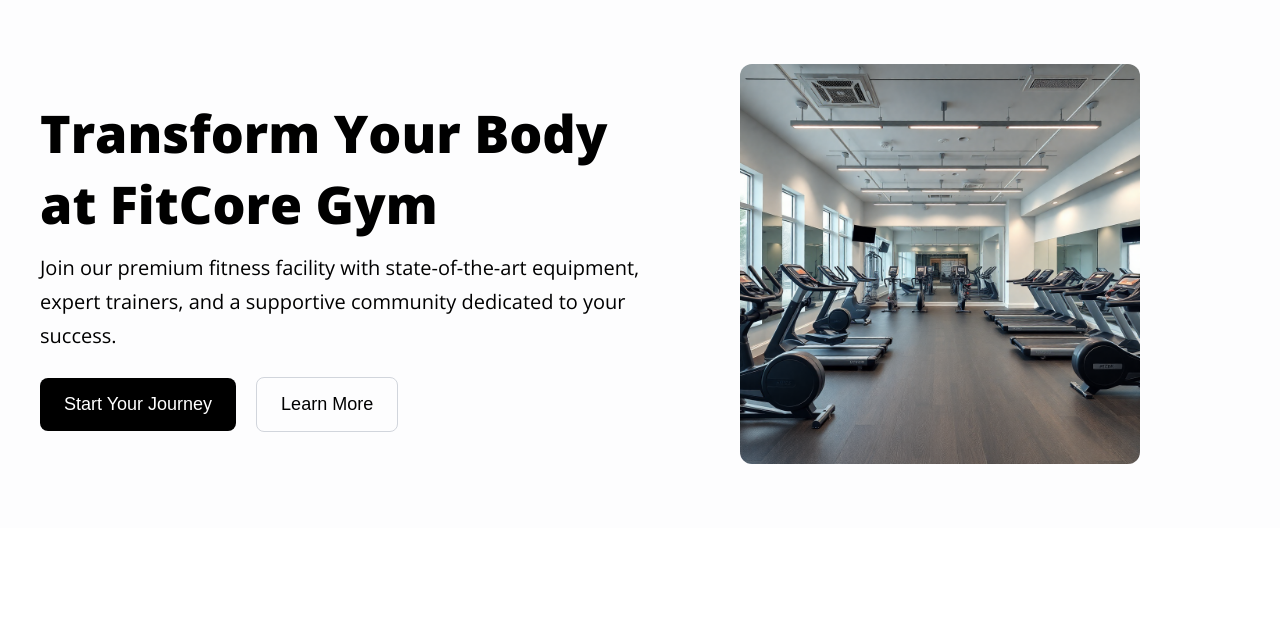
Repository: abdobadawi-ops/Route-Academy-Assignments
Page: Secon Assignment - fit-core-gym/index.html
An editor plug-in stored every save of this project. The page is shown before and after the next save, followed by the edit.
The browser window is 1280 px wide. The pictures show the whole page.

Above is the page before, as saved 2026-04-28 12:35:16.

### Secon Assignment - fit-core-gym/index.html
<!doctype html>
<html lang="en">
  <head>
    <meta charset="UTF-8" />
    <meta name="viewport" content="width=device-width, initial-scale=1.0" />
    <title>FitCore Gym | Assignment 2</title>
    <link rel="shortcut icon" href="./imgs/favicon.png" type="image/x-icon" />
    <link rel="preconnect" href="https://fonts.googleapis.com" />
    <link rel="preconnect" href="https://fonts.gstatic.com" crossorigin />
    <link
      href="https://fonts.googleapis.com/css2?family=Open+Sans:ital,wght@0,300..800;1,300..800&display=swap"
      rel="stylesheet"
    />
    <link rel="stylesheet" href="./style.css" />
  </head>
  <body>
    <header>
      <div class="container grid-2-cols">
        <div class="left">
          <h1>Transform Your Body at FitCore Gym</h1>
          <p>
            Join our premium fitness facility with state-of-the-art equipment,
            expert trainers, and a supportive community dedicated to your
            success.
          </p>
          <div class="buttons">
            <button class="btn btn--main">Start Your Journey</button>
            <button class="btn btn--alt">Learn More</button>
          </div>
        </div>
        <img src="./imgs/hero-section-img.png" alt="fitcore gym" />
      </div>
    </header>
  </body>
</html>

### Secon Assignment - fit-core-gym/style.css
:root {
  --main-color: #000;
  --section-color: oklch(98.5% 0.002 247.839);
}

* {
  box-sizing: border-box;
  margin: 0;
  padding: 0;
}

body {
  font-family: "Open Sans", sans-serif;
}

.container {
  width: 1200px;
  margin-inline: auto;
}

header {
  background-color: #fdfdfe;
  padding-block: 64px;
  & h1 {
    font-size: 52px;
    font-weight: 900;
  }

  p {
    font-size: 20px;
    line-height: 1.7;
    margin-top: 12px;
    margin-bottom: 24px;
  }

  .btn {
    background: none;
    border: none;
    font-size: 18px;
    color: #fff;
    padding: 16px 24px;
    border-radius: 8px;
    cursor: pointer;
  }

  .buttons {
    display: flex;
    align-items: center;
    gap: 20px;
  }

  .btn--main {
    background-color: var(--main-color);
  }

  .btn--alt {
    background-color: #fdfdfe;
    color: #000;
    border: 1px solid #d1d5dc;
  }

  img {
    width: 400px;
    justify-self: center;
    border-radius: 12px;
  }
}

.grid-2-cols {
  display: grid;
  grid-template-columns: repeat(2, 1fr);
  align-items: center;
}

After the next save:
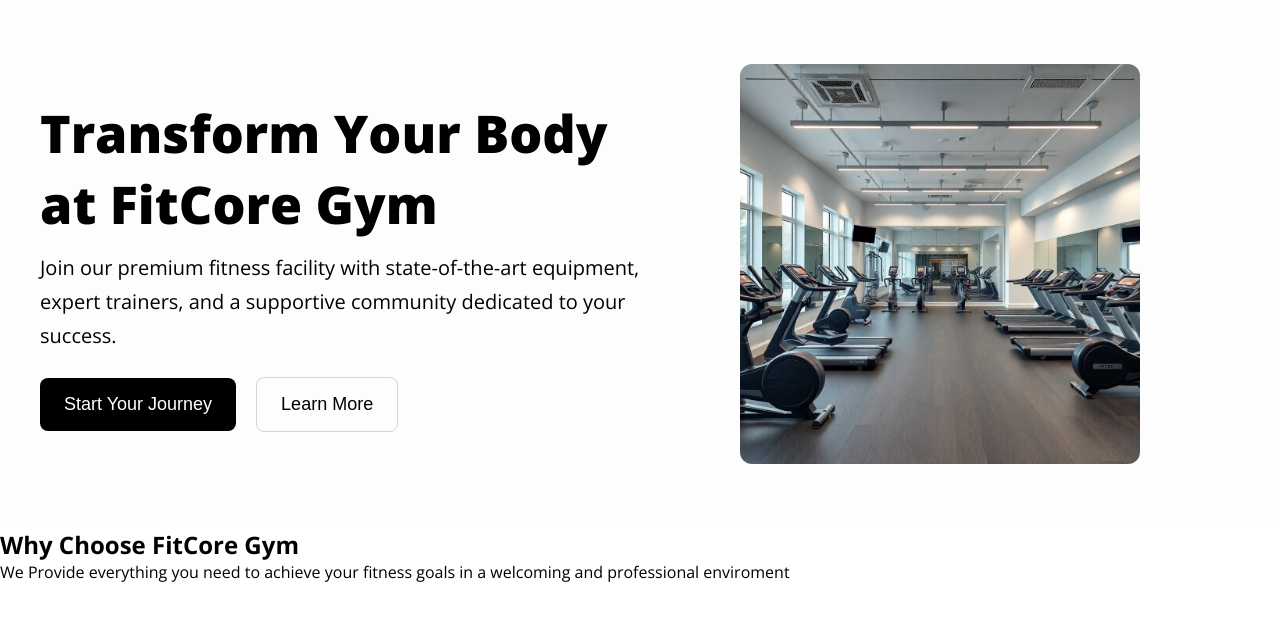
Saved 2 min 41 s later.
--- a/Secon Assignment - fit-core-gym/index.html
+++ b/Secon Assignment - fit-core-gym/index.html
@@ -31,5 +31,14 @@
         <img src="./imgs/hero-section-img.png" alt="fitcore gym" />
       </div>
     </header>
+    <section>
+      <div class="section-heading">
+        <h2>Why Choose FitCore Gym</h2>
+        <p>
+          We Provide everything you need to achieve your fitness goals in a
+          welcoming and professional enviroment
+        </p>
+      </div>
+    </section>
   </body>
 </html>
